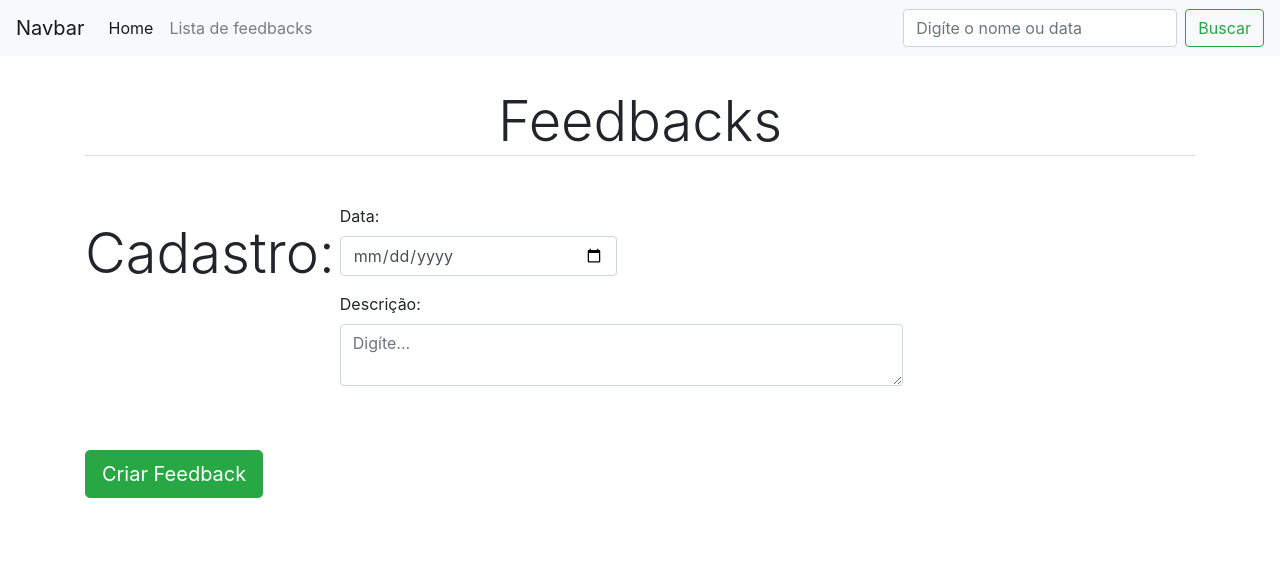
Repository: JulioSantooz/maisViagensSegundaVersao
Page: java-web(eclipse)/java-crud-mais-viagens/src/main/webapp/descricao.html
An editor plug-in stored every save of this project. The page is shown before and after the next save, followed by the edit.
The browser window is 1280 px wide. The pictures show the whole page.
Some web libraries are served in a nearby version.

Above is the page before, as saved 2022-02-06 15:19:25.

### java-web(eclipse)/java-crud-mais-viagens/src/main/webapp/descricao.html
<!DOCTYPE html>
<html>
<head>
<meta charset="ISO-8859-1">
<link rel="stylesheet" href="https://maxcdn.bootstrapcdn.com/bootstrap/4.0.0/css/bootstrap.css">
<title>+Viagens - Feedbacks</title>
</head>
<body>

<nav class="navbar navbar-expand-lg navbar-light bg-light">
  <a class="navbar-brand" href="#">Navbar</a>
  <button class="navbar-toggler" type="button" data-toggle="collapse" data-target="#navbarSupportedContent" aria-controls="navbarSupportedContent" aria-expanded="false" aria-label="Toggle navigation">
    <span class="navbar-toggler-icon"></span>
  </button>

  <div class="collapse navbar-collapse" id="navbarSupportedContent">
    <ul class="navbar-nav mr-auto">
      <li class="nav-item active">
        <a class="nav-link" href="index.html">Home <span class="sr-only">(current)</span></a>
      </li>
      <li class="nav-item">
        <a class="nav-link" href="#">Lista de feedbacks</a>
      </li>
    </ul>
    <form class="form-inline my-2 my-lg-0">
      <input name="pesquisa" class="form-control mr-sm-2" type="search" placeholder="Digíte o nome ou data" aria-label="Search">
      <button class="btn btn-outline-success my-2 my-sm-0" type="submit">Buscar</button>
    </form>
  </div>
</nav>

<main class="container text-center mt-3">
	<div class="row">
		<div class="col-12">
			<h1 class="display-4 my-3 border-bottom">Feedbacks</h1>
			<h1 class="display-4 mt-5 float-left">Cadastro:</h1>
			<form action="CreateAndFind" method="POST">
                <div class="form-row mt-5 d-flex flex-column">
                    <div class="form-group col-4">
                        <label for="" class="float-left">Data:</label>
                        <input type="date" class="form-control" id="">
                    </div>
                    <div class="form-group col-8">
                        <label for="" class="float-left">Descrição:</label>
                        <textarea class="form-control" id="" placeholder="Digíte..."></textarea>
                    </div>
                </div>
                <button type="submit" class="btn btn-lg btn-success my-5 float-left">Criar Feedback</button>
            </form>
		</div>
	</div>
</main>


<script src="https://code.jquery.com/jquery-3.2.1.slim.min.js"></script>
<script src="https://cdnjs.cloudflare.com/ajax/libs/popper.js/1.12.9/umd/popper.min.js"></script>
<script src="https://maxcdn.bootstrapcdn.com/bootstrap/4.0.0/js/bootstrap.js"></script>

</body>
</html>

After the next save:
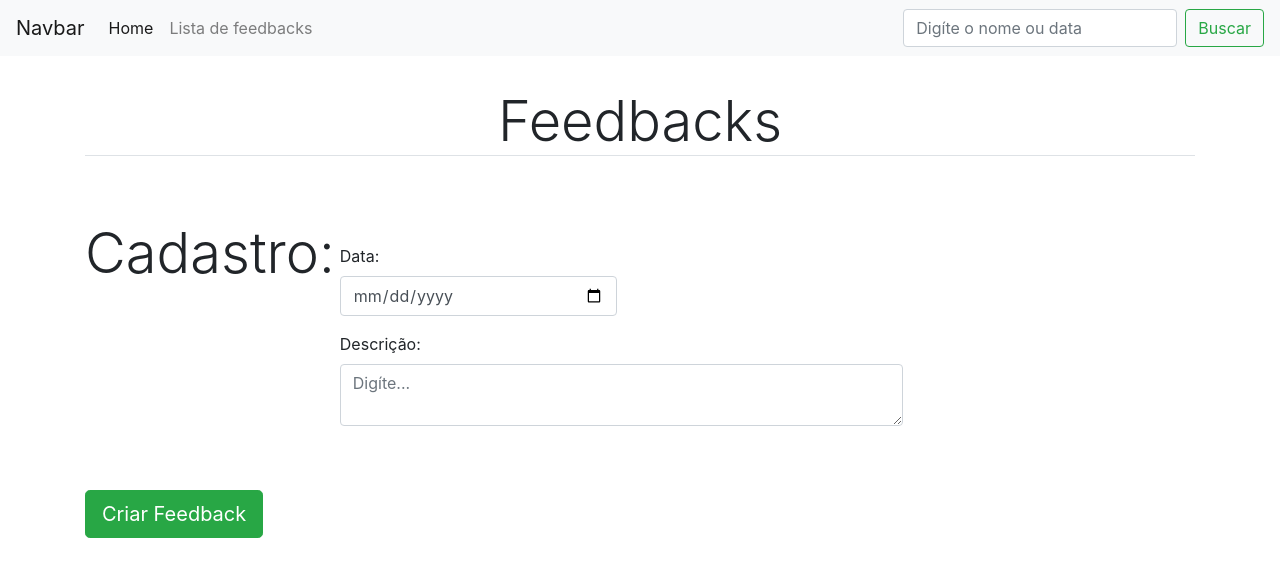
Saved 12 s later.
--- a/java-web(eclipse)/java-crud-mais-viagens/src/main/webapp/descricao.html
+++ b/java-web(eclipse)/java-crud-mais-viagens/src/main/webapp/descricao.html
@@ -33,7 +33,7 @@
 	<div class="row">
 		<div class="col-12">
 			<h1 class="display-4 my-3 border-bottom">Feedbacks</h1>
-			<h1 class="display-4 mt-5 float-left">Cadastro:</h1>
+			<h1 class="display-4 mt-5 float-left">Cadastro:</h1><br>
 			<form action="CreateAndFind" method="POST">
                 <div class="form-row mt-5 d-flex flex-column">
                     <div class="form-group col-4">

After the 2 saves that followed:
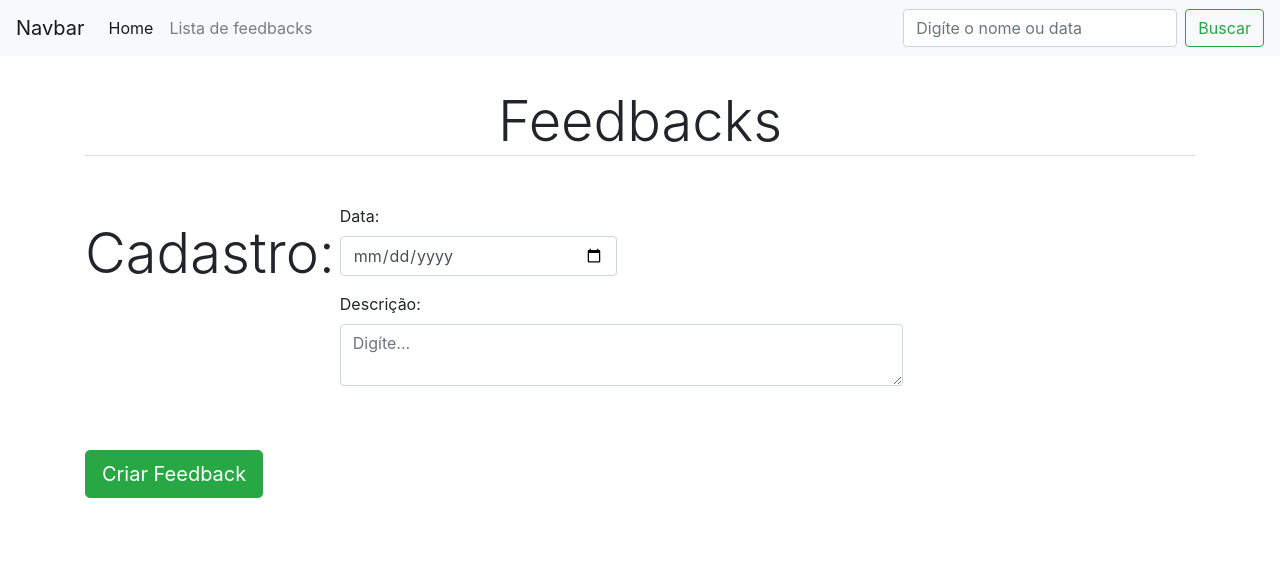
The 2 saves are shown as one change because 1 left the picture as it was.
The last was saved 16 s later.
--- a/java-web(eclipse)/java-crud-mais-viagens/src/main/webapp/descricao.html
+++ b/java-web(eclipse)/java-crud-mais-viagens/src/main/webapp/descricao.html
@@ -33,7 +33,7 @@
 	<div class="row">
 		<div class="col-12">
 			<h1 class="display-4 my-3 border-bottom">Feedbacks</h1>
-			<h1 class="display-4 mt-5 float-left">Cadastro:</h1><br>
+			<h1 class="display-4 my-5 float-left">Cadastro:</h1>
 			<form action="CreateAndFind" method="POST">
                 <div class="form-row mt-5 d-flex flex-column">
                     <div class="form-group col-4">
